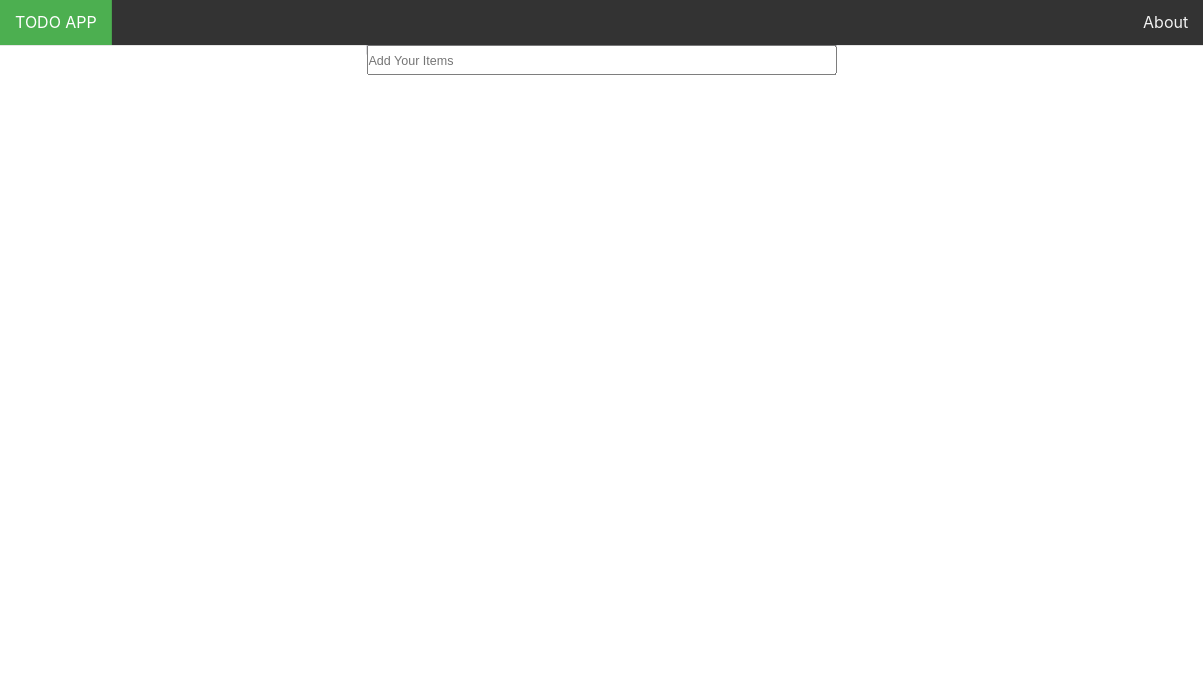
Repository: hoangphuong965/myTodoList
Page: /
These files come from the project's save history. The page is drawn as it stood at one moment and after the next save; the edit follows.
The browser window is 1280 px wide. The pictures show the whole page, at 94% of full size.
The project was rebuilt for these pictures with package versions that can differ from the ones it lists, and the page was loaded fresh each time.

Above is the page before, as saved 2020-06-01 09:37:38.

After the next save:
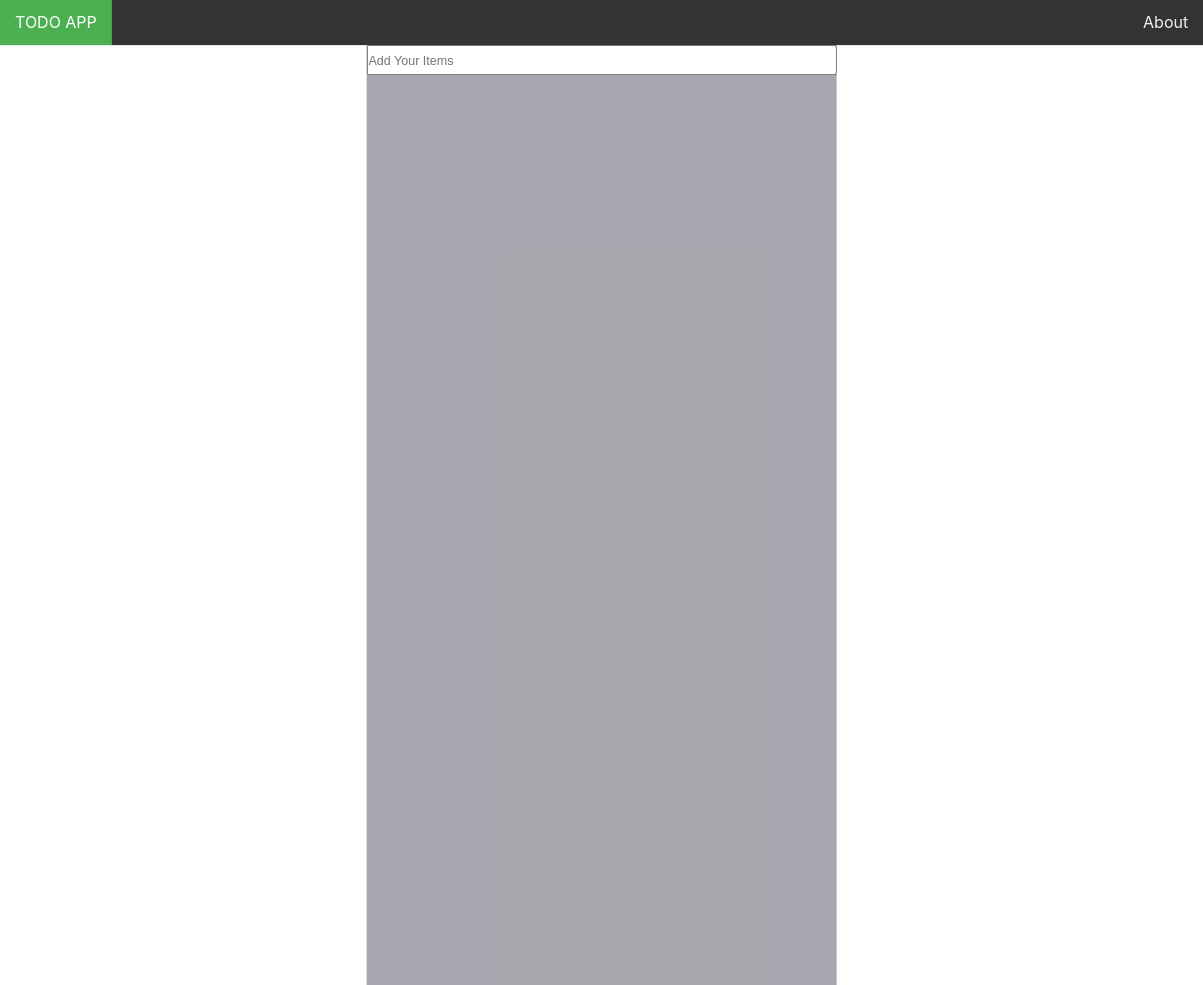
Saved 5 s later.
--- a/src/components/todo.css
+++ b/src/components/todo.css
@@ -8,7 +8,7 @@
     margin: 0 auto;
     width: 500px;
     background-color: rgba(35, 35, 54, 0.397);
-    height: 10px;
+    height: 1000px;
 }
 
 .input{

After the save that followed:
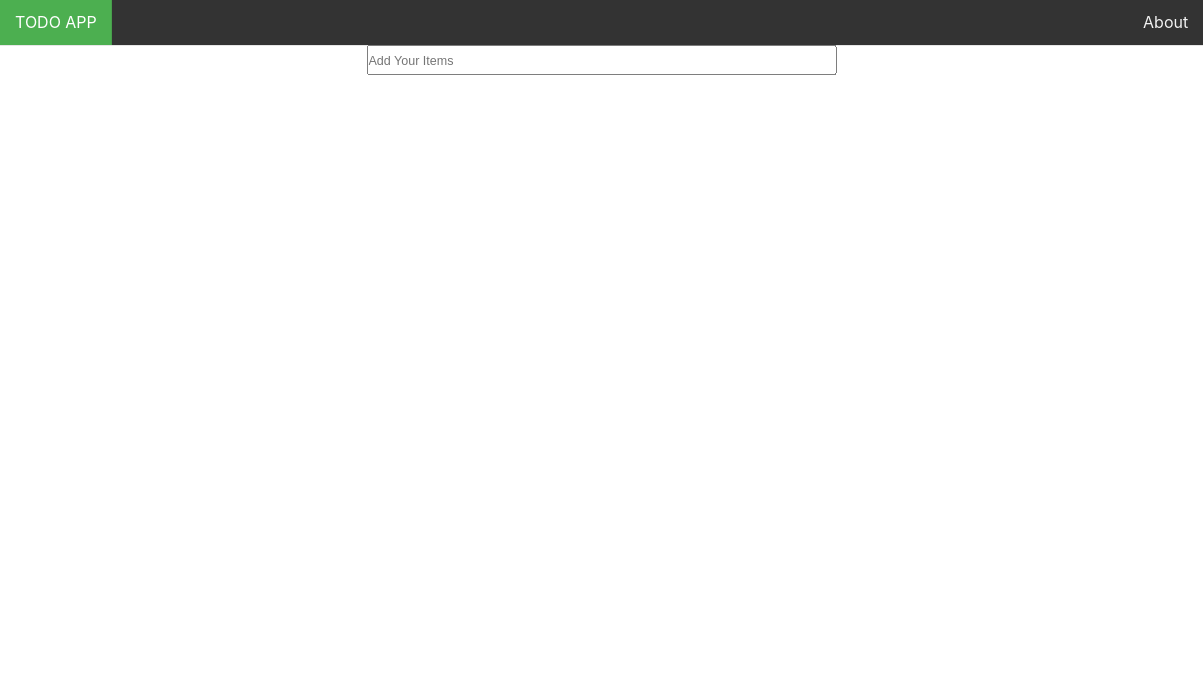
Saved 12 s later.
--- a/src/components/todo.css
+++ b/src/components/todo.css
@@ -7,8 +7,6 @@
 .container{
     margin: 0 auto;
     width: 500px;
-    background-color: rgba(35, 35, 54, 0.397);
-    height: 1000px;
 }
 
 .input{
